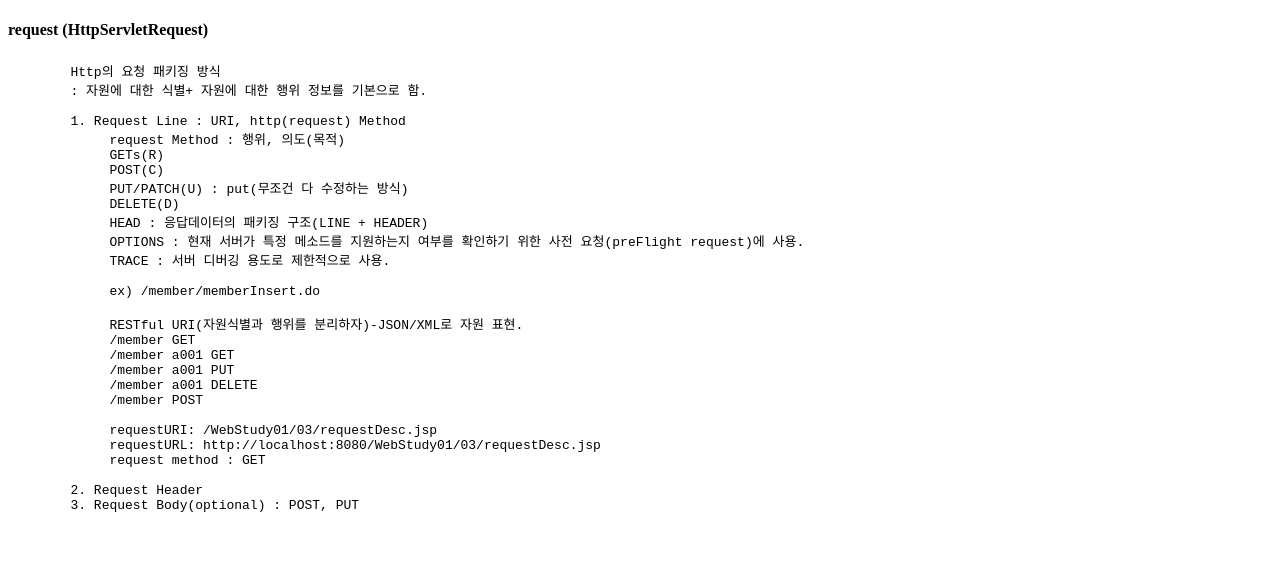
Repository: YOUNARAE/JSP
Page: http://localhost/WebStudy01/03/requestDesc.jsp
The author's editor kept a copy of each file at every save. The page is drawn from the files as they stood at one save, then again after the next save.
The browser window is 1280 px wide. The pictures show the whole page.
The page is served by Tomcat 9. Other server files are loaded and not shown.

Above is the page before, as saved 2022-12-07 05:58:30.

### WebStudy01/src/main/webapp/03/requestDesc.jsp
<%@ page language="java" contentType="text/html; charset=UTF-8"
    pageEncoding="UTF-8"%>
<!DOCTYPE html>
<html>
<head>
<meta charset="UTF-8">
<title>>03/requestDesc.jsp</title>
</head>
<body>
<h4>request (HttpServletRequest)</h4>
<form method="post"></form>
<pre>
	Http의 요청 패키징 방식
	: 자원에 대한 식별+ 자원에 대한 행위 정보를 기본으로 함.

	1. Request Line : URI, http(request) Method
	     request Method : 행위, 의도(목적)
	     GETs(R)
	     POST(C)
	     PUT/PATCH(U) : put(무조건 다 수정하는 방식)
	     DELETE(D)
	     HEAD : 응답데이터의 패키징 구조(LINE + HEADER)
	     OPTIONS : 현재 서버가 특정 메소드를 지원하는지 여부를 확인하기 위한 사전 요청(preFlight request)에 사용.
	     TRACE : 서버 디버깅 용도로 제한적으로 사용.

	     ex) /member/memberInsert.do

	     RESTful URI(자원식별과 행위를 분리하자)-JSON/XML로 자원 표현.
	     /member GET
	     /member a001 GET
	     /member a001 PUT
	     /member a001 DELETE
	     /member POST
	     <%
	     	String requestURI = request.getRequestURI();
	     	StringBuffer requestURL = request.getRequestURL();
	     	String method = request.getMethod();

	     %>
	     requestURI: <%=requestURI %>
	     requestURL: <%=requestURL %>
	     request method : <%=method %>

	2. Request Header
	3. Request Body(optional) : POST, PUT

</pre>
</body>
</html>

After the next save:
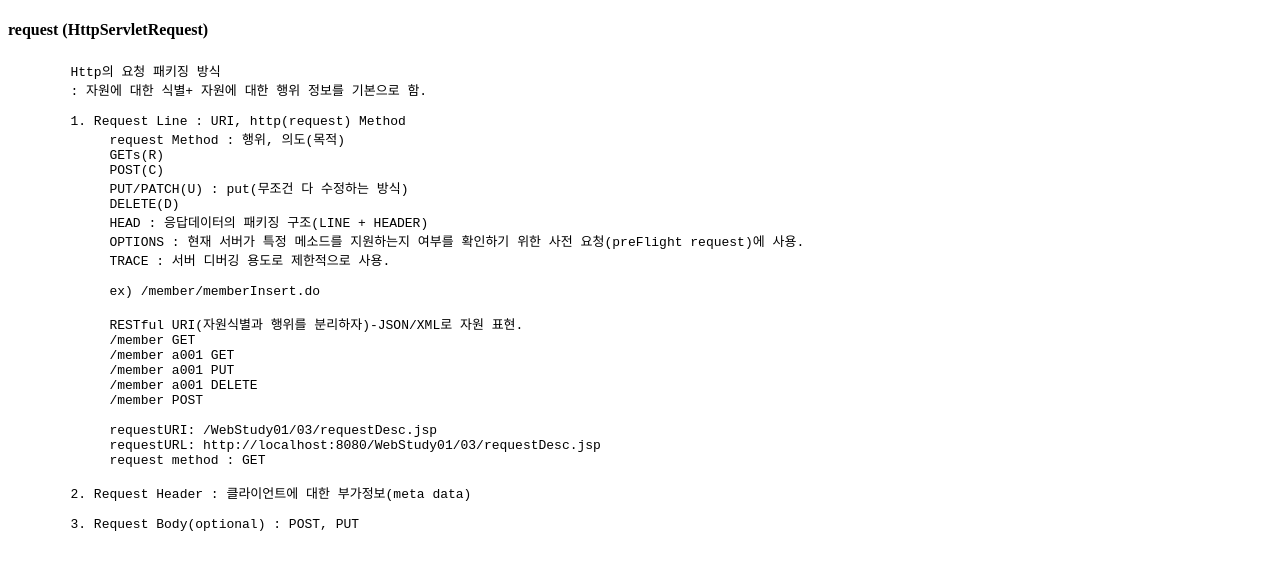
Saved 33 min 32 s later.
--- a/WebStudy01/src/main/webapp/03/requestDesc.jsp
+++ b/WebStudy01/src/main/webapp/03/requestDesc.jsp
@@ -41,7 +41,8 @@
 	     requestURL: <%=requestURL %>
 	     request method : <%=method %>
 
-	2. Request Header
+	2. Request Header : 클라이언트에 대한 부가정보(meta data)
+
 	3. Request Body(optional) : POST, PUT
 
 </pre>
